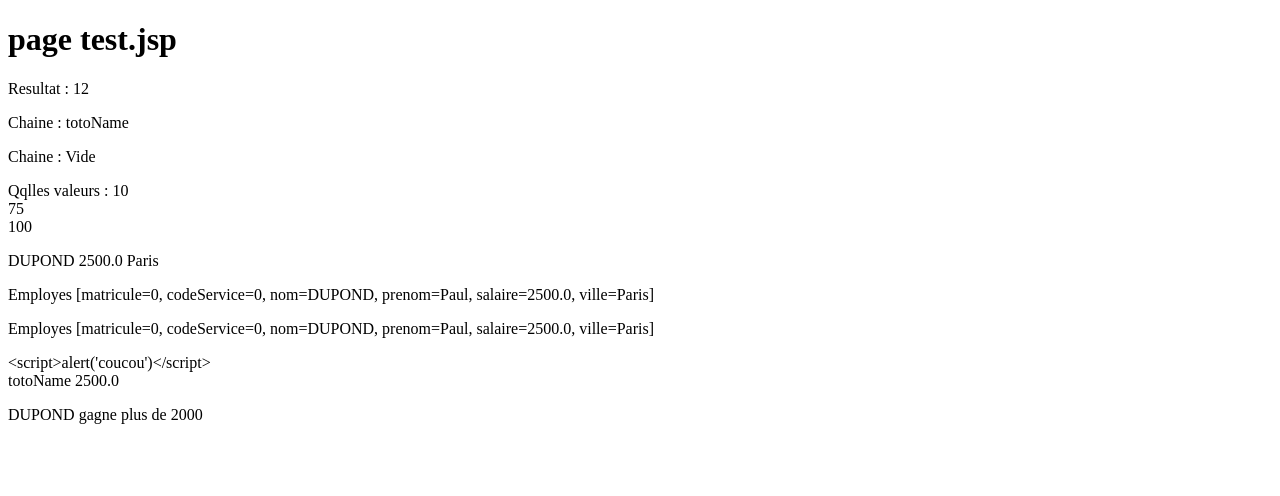
Repository: Moana007/javaee-workspace
Page: http://localhost/Site_cours/test
These files come from the project's save history. The page is drawn as it stood at one moment and after the next save; the edit follows.
The browser window is 1280 px wide. The pictures show the whole page.
The page is served by Tomcat 9.

Above is the page before, as saved 2019-01-28 16:03:26.

After the next save:
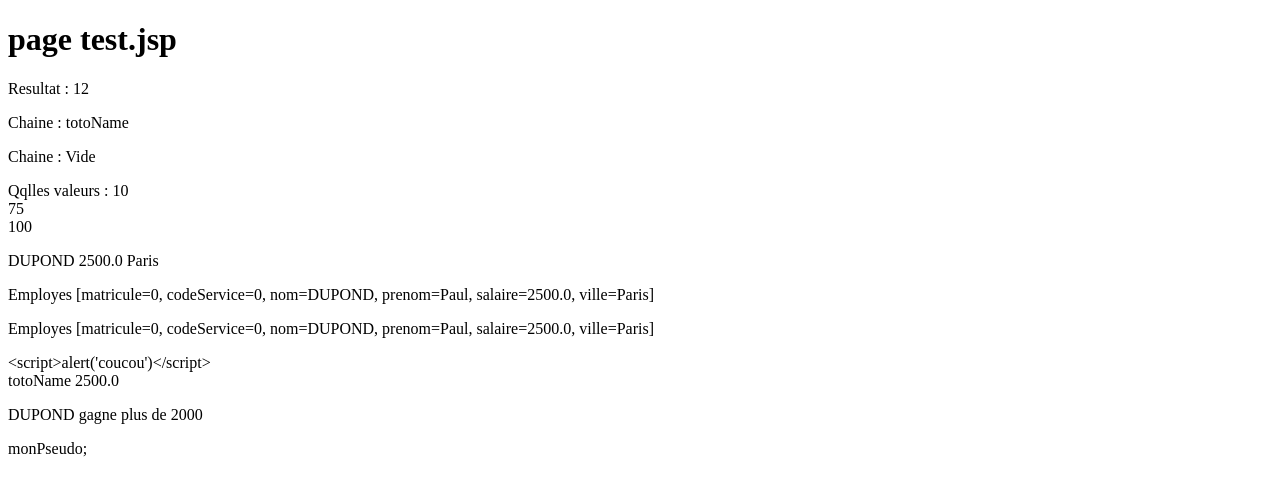
Saved 106 s later.
--- a/Site_cours/WebContent/WEB-INF/test.jsp
+++ b/Site_cours/WebContent/WEB-INF/test.jsp
@@ -32,5 +32,7 @@
 	<c:if test="${ emp.salaire <= 2000 }">
 		<p><c:out value="${emp.nom}"/> gagne 2000 ou moins</p>
 	</c:if>
+	<c:set var="pseudo" value="monPseudo" scope="page" />
+	<c:out value="${pseudo }" />;
 </body>
 </html>
